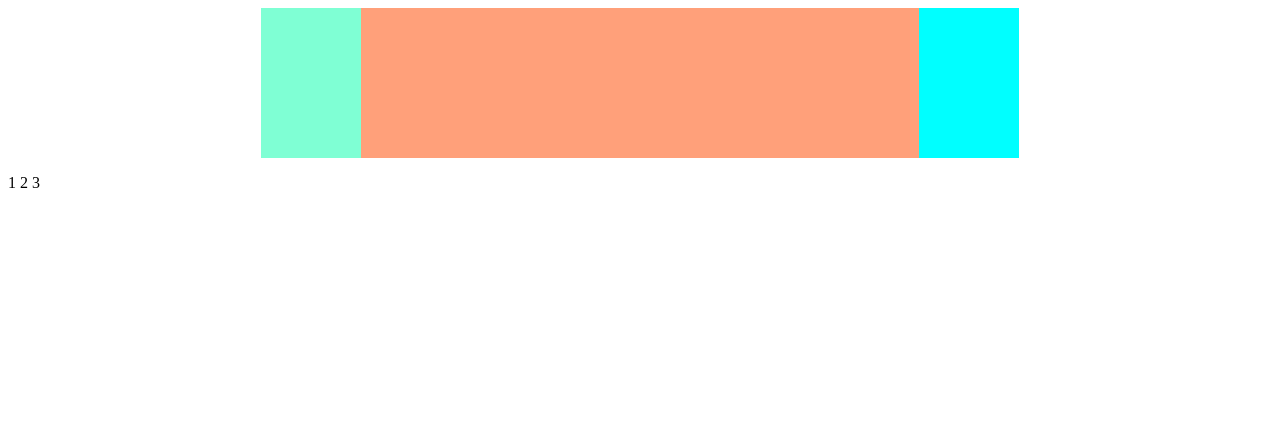
Repository: liutian97/learn1
Page: 移动端web开发/代码/2. Flex 伸缩布局/09-flex子项flex份数.html
An editor plug-in stored every save of this project. The page is shown before and after a run of saves, followed by the edit.
The browser window is 1280 px wide. The pictures show the whole page.

Above is the page before, as saved 2022-07-02 17:55:30.

After the next 2 saves:
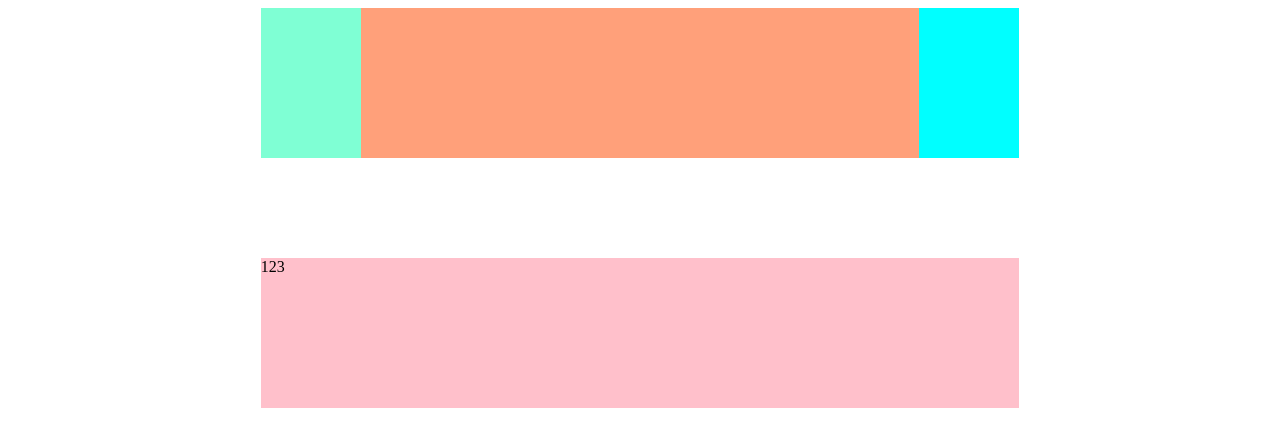
The 2 saves are shown as one change because they came seconds apart.
The last was saved 7 s later.
--- a/移动端web开发/代码/2. Flex 伸缩布局/09-flex子项flex份数.html
+++ b/移动端web开发/代码/2. Flex 伸缩布局/09-flex子项flex份数.html
@@ -33,7 +33,13 @@
       background-color: aqua;
     }
 
-
+    p {
+      display: flex;
+      width: 60%;
+      height: 150px;
+      background-color: pink;
+      margin: 100px auto;
+    }
   </style>
 </head>
 

After the save that followed:
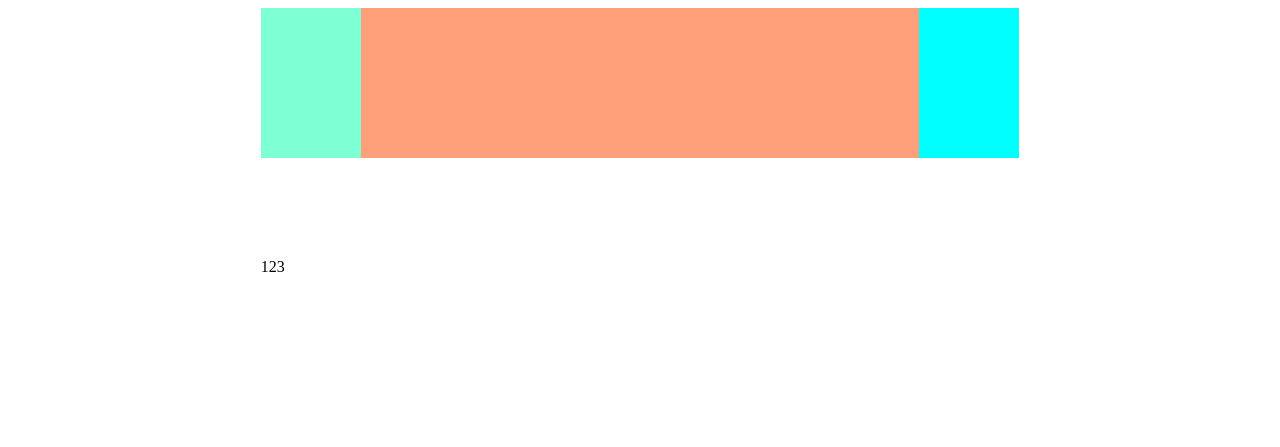
Saved 4 s later.
--- a/移动端web开发/代码/2. Flex 伸缩布局/09-flex子项flex份数.html
+++ b/移动端web开发/代码/2. Flex 伸缩布局/09-flex子项flex份数.html
@@ -37,7 +37,7 @@
       display: flex;
       width: 60%;
       height: 150px;
-      background-color: pink;
+      background-color: ;
       margin: 100px auto;
     }
   </style>
